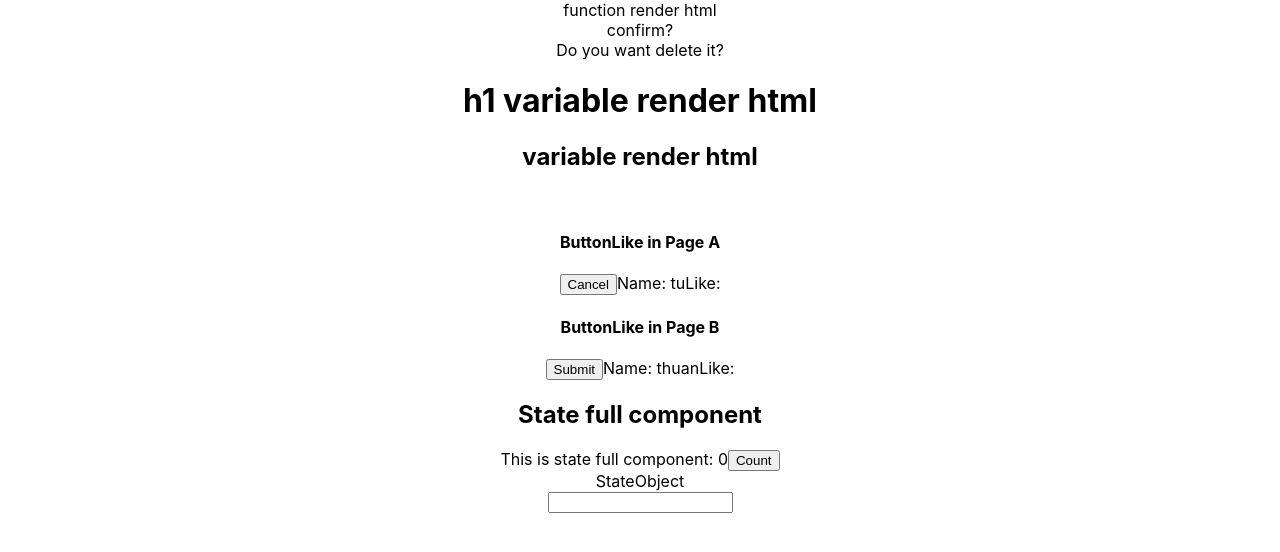
Repository: HoangTu18/reactjs-exercise
Page: /
The author's editor kept a copy of each file at every save. The page is drawn from the files as they stood at one save, then again after the next save.
The browser window is 1280 px wide. The pictures show the whole page.
The project was rebuilt for these pictures with package versions that can differ from the ones it lists, and the page was loaded fresh each time.

Above is the page before, as saved 2022-05-21 10:17:28.

### src/App.js
import "./App.css";
import ButtonLike from "./components/ButtonLike";
import TitleSimple from "./components/TitleSimple";
import StateFullComponent from "./components/StateFullComponent";
import StateObject from "./pages/StateObject";
function App() {
  const isLoading = true;
  // varible render html
  const ele1 = (
    <div>
      <h1>h1 variable render html</h1>
      <h2> variable render html</h2>
    </div>
  );
  return (
    <div className="App">
      <div>function render html</div>
      {isLoading ? <TitleSimple /> : "123"}
      {ele1}
      <br />
      <h4> ButtonLike in Page A</h4>
      <ButtonLike
        text="Cancel"
        type="button"
        className="buttonA"
        onClick={() => {
          console.log("buttonA");
        }}
        name="tu"
      />
      <h4> ButtonLike in Page B</h4>
      <ButtonLike
        type="submit"
        className="buttonB"
        onClick={() => {
          console.log("buttonB");
        }}
        name="thuan"
      />
      <h2>State full component</h2>
      <StateFullComponent />
      <StateObject />
    </div>
  );
}

export default App;

### src/components/ButtonLike.jsx
import React from "react";

ButtonLike.propTypes = {};

function ButtonLike({ text = "Submit", name, todoItem, like, ...props }) {
  return (
    <div>
      <button {...props}>{text}</button>
      Name: {name}
      {todoItem && (
        <div>
          <h6>Todo item</h6>
          Todo title: {todoItem?.title}
          Todo price: {todoItem?.price}
        </div>
      )}
      Like: {like}
      <br />
    </div>
  );
}

export default ButtonLike;

### src/components/TitleSimple.jsx
import React from "react";

TitleSimple.propTypes = {};

function TitleSimple(props) {
  return (
    <div>
      confirm? <br />
      Do you want delete it?
    </div>
  );
}

export default TitleSimple;

### src/components/StateFullComponent.jsx
import React from "react";

StateFullComponent.propTypes = {};

function StateFullComponent(props) {
  const [count, setCount] = React.useState(0);
  return (
    <div>
      This is state full component: {count}
      <button
        type="button"
        onClick={() => {
          setCount((prevState) => prevState + 1);
        }}
      >
        Count
      </button>
    </div>
  );
}

export default StateFullComponent;

### src/pages/StateObject.jsx
import React, { useState } from "react";

function stateObject(props) {
  const [messObj, setMessObj] = useState({
    mess: "",
  });
  console.log("messObj: ", messObj);
  return (
    <div>
      StateObject <br />
      <input
        type="text"
        value={messObj.mess}
        onChange={(e) => {
          //   messObj.mess = e.target.value;
          //   setMessObj(messObj);
          const val = e.target.value;
          setMessObj((prevState) => {
            return {
              ...prevState,
              mess: val,
            };
          });
        }}
      />
    </div>
  );
}

export default stateObject;

Loaded but not shown: public/index.html (common file); src/index.js (common file); src/index.css (common file); src/reportWebVitals.js (common file); src/App.css (common file)

After the next save:
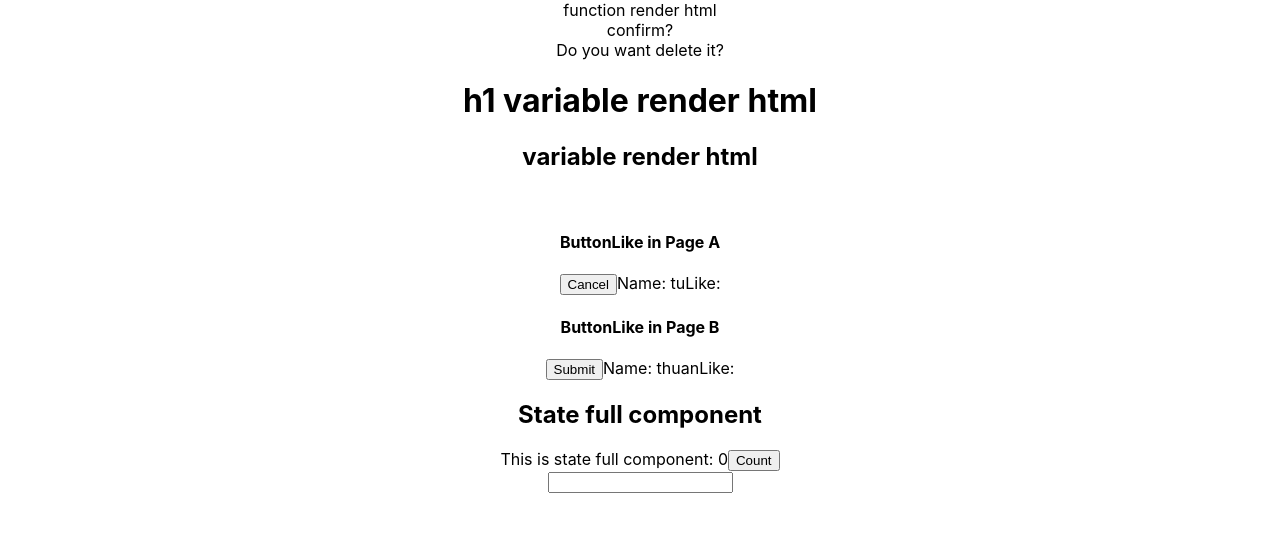
Saved 20 s later.
--- a/src/pages/StateObject.jsx
+++ b/src/pages/StateObject.jsx
@@ -7,7 +7,6 @@ function stateObject(props) {
   console.log("messObj: ", messObj);
   return (
     <div>
-      StateObject <br />
       <input
         type="text"
         value={messObj.mess}
